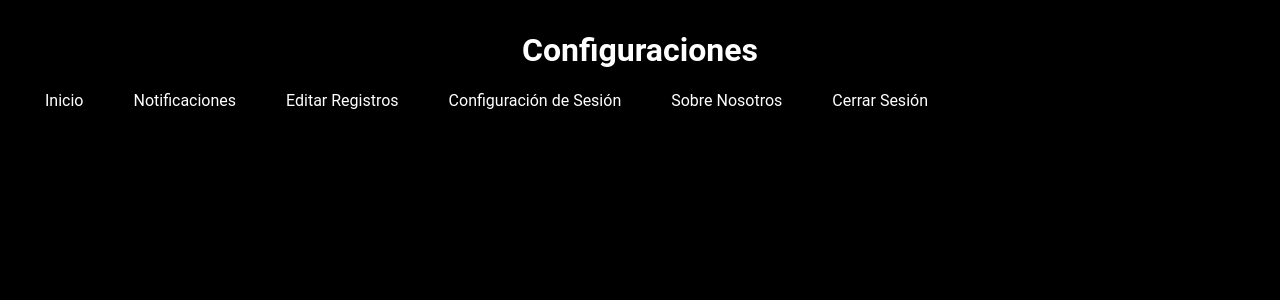
Repository: EddyWebz/updat
Page: privado/config.html
These files come from the project's save history. The page is drawn as it stood at one moment and after the next save; the edit follows.
The browser window is 1280 px wide. The pictures show the whole page.

Above is the page before, as saved 2024-09-15 16:45:23.

### privado/config.html
<!DOCTYPE html>
<html lang="es">
<head>
    <meta charset="UTF-8">
    <meta name="viewport" content="width=device-width, initial-scale=1, maximum-scale=1, user-scalable=no">
    <title>Configuraciones</title>
    <link rel="stylesheet" href="/config.css">
    <link rel="apple-touch-icon" sizes="180x180" href="/ico/apple-touch-icon.png">
    <link rel="icon" type="image/png" sizes="32x32" href="/ico/favicon-32x32.png">
    <link rel="icon" type="image/png" sizes="16x16" href="/ico/favicon-16x16.png">
    <link rel="manifest" href="/ico/site.webmanifest">
    <link rel="stylesheet" href="https://cdnjs.cloudflare.com/ajax/libs/font-awesome/6.0.0-beta3/css/all.min.css">
</head>

<body>
    <header>
        <h1>Configuraciones</h1>
    </header>

    <!-- Menú desplegable para móviles -->
    <div class="dropdown-menu">
        <button class="menu-icon">
            <i class="fas fa-bars"></i> <!-- Ícono de Font Awesome -->
        </button>
        <div class="dropdown-content">
            <a href="#" id="home-link">Inicio</a>
            <a href="#" id="notifications-link">Notificaciones</a>
            <a href="#" id="editarRegistros">Editar Registros</a>
            <a href="#" id="configSesion">Configuración de Sesión</a>
            <a href="#" id="sobreNosotros">Sobre Nosotros</a>
            <a href="#" id="logout-button">Cerrar Sesión</a>
        </div>
    </div>

    <!-- Secciones de contenido ocultas inicialmente -->
    <div id="contenido-editar" style="display: none;">
        <h2>Editar Registros</h2>
        <!-- Opciones de Fechas -->
    <select id="dateOption" name="dateOption">
    <option value="7days">Últimos 7 días</option>
    <option value="15days">Últimos 15 días</option>
    <option value="1month" selected>Último mes</option>
    <option value="2months">Últimos 2 meses</option>
    <option value="manual">Personalizado</option>
    </select>

    <!-- Campos para el rango de fechas personalizado -->
    <div id="customDate" style="display: none;">  <!-- Inicialmente oculto -->
    <label for="startDate">Fecha de inicio:</label>
    <input type="date" id="startDate" name="startDate">

    <label for="endDate">Fecha de fin:</label>
    <input type="date" id="endDate" name="endDate">
    </div>

                <section id="history">
                    <input type="text" id="searchInput" placeholder="Buscar por nombre o placa">
                    <button id="searchButton">Buscar</button>
                    <div id="searchCards" style="display: none;">
                        <div id="searchResults" ></div>
                    </div>

                </section>

    </div>

    <div id="contenido-sesion" style="display: none;">
        <h2>Configuración de Sesión</h2>
        <p>Aquí puedes configurar tu sesión.</p>
        <p>Aquí tienes dos párrafos de texto "Lorem Ipsum":

            Lorem ipsum dolor sit amet, consectetur adipiscing elit. Praesent tincidunt sapien eget augue dictum, in cursus neque consectetur. Nulla facilisi. Integer ac augue ut velit convallis facilisis non a magna. Nulla malesuada augue sit amet magna fermentum, sed vulputate sapien finibus. Ut viverra orci at orci vulputate, a condimentum metus facilisis. Proin non faucibus augue. Duis maximus, sapien ac efficitur rhoncus, libero lacus convallis augue, vel dapibus ligula dolor nec mauris. Vestibulum tempor libero at turpis consequat vehicula. Sed luctus metus sit amet mauris malesuada, ac pharetra velit tincidunt. Ut feugiat magna eu libero dapibus tincidunt.

            Sed suscipit urna a erat scelerisque suscipit. Etiam ac nibh ac tortor mollis sollicitudin. Vivamus pellentesque velit non suscipit hendrerit. Phasellus feugiat elit eu purus suscipit, et ultricies nunc tempor. Nulla facilisi. Ut auctor sapien at magna vestibulum tincidunt. Vestibulum scelerisque justo at dui aliquam, id viverra odio mollis. Integer dignissim libero non risus tincidunt, vel feugiat magna fringilla. Nunc vitae neque nec nisi porttitor fringilla ac id velit. Nam a urna vel tortor lobortis bibendum vel sed nisi. Curabitur a orci non ante fermentum scelerisque ac nec arcu. Proin in tellus nec enim maximus suscipit eget nec turpis.</p>
    </div>

    <div id="contenido-nosotros" style="display: none;">
        <h2>Acerca de Nosotros</h2>
        <p>Información sobre nosotros.</p>
<p>Aquí tienes dos párrafos de texto "Lorem Ipsum":

    Lorem ipsum dolor sit amet, consectetur adipiscing elit. Praesent tincidunt sapien eget augue dictum, in cursus neque consectetur. Nulla facilisi. Integer ac augue ut velit convallis facilisis non a magna. Nulla malesuada augue sit amet magna fermentum, sed vulputate sapien finibus. Ut viverra orci at orci vulputate, a condimentum metus facilisis. Proin non faucibus augue. Duis maximus, sapien ac efficitur rhoncus, libero lacus convallis augue, vel dapibus ligula dolor nec mauris. Vestibulum tempor libero at turpis consequat vehicula. Sed luctus metus sit amet mauris malesuada, ac pharetra velit tincidunt. Ut feugiat magna eu libero dapibus tincidunt.

    Sed suscipit urna a erat scelerisque suscipit. Etiam ac nibh ac tortor mollis sollicitudin. Vivamus pellentesque velit non suscipit hendrerit. Phasellus feugiat elit eu purus suscipit, et ultricies nunc tempor. Nulla facilisi. Ut auctor sapien at magna vestibulum tincidunt. Vestibulum scelerisque justo at dui aliquam, id viverra odio mollis. Integer dignissim libero non risus tincidunt, vel feugiat magna fringilla. Nunc vitae neque nec nisi porttitor fringilla ac id velit. Nam a urna vel tortor lobortis bibendum vel sed nisi. Curabitur a orci non ante fermentum scelerisque ac nec arcu. Proin in tellus nec enim maximus suscipit eget nec turpis.</p>
    <p>Aquí tienes dos párrafos de texto "Lorem Ipsum":

        Lorem ipsum dolor sit amet, consectetur adipiscing elit. Praesent tincidunt sapien eget augue dictum, in cursus neque consectetur. Nulla facilisi. Integer ac augue ut velit convallis facilisis non a magna. Nulla malesuada augue sit amet magna fermentum, sed vulputate sapien finibus. Ut viverra orci at orci vulputate, a condimentum metus facilisis. Proin non faucibus augue. Duis maximus, sapien ac efficitur rhoncus, libero lacus convallis augue, vel dapibus ligula dolor nec mauris. Vestibulum tempor libero at turpis consequat vehicula. Sed luctus metus sit amet mauris malesuada, ac pharetra velit tincidunt. Ut feugiat magna eu libero dapibus tincidunt.

        Sed suscipit urna a erat scelerisque suscipit. Etiam ac nibh ac tortor mollis sollicitudin. Vivamus pellentesque velit non suscipit hendrerit. Phasellus feugiat elit eu purus suscipit, et ultricies nunc tempor. Nulla facilisi. Ut auctor sapien at magna vestibulum tincidunt. Vestibulum scelerisque justo at dui aliquam, id viverra odio mollis. Integer dignissim libero non risus tincidunt, vel feugiat magna fringilla. Nunc vitae neque nec nisi porttitor fringilla ac id velit. Nam a urna vel tortor lobortis bibendum vel sed nisi. Curabitur a orci non ante fermentum scelerisque ac nec arcu. Proin in tellus nec enim maximus suscipit eget nec turpis.</p>
        <p>Aquí tienes dos párrafos de texto "Lorem Ipsum":

            Lorem ipsum dolor sit amet, consectetur adipiscing elit. Praesent tincidunt sapien eget augue dictum, in cursus neque consectetur. Nulla facilisi. Integer ac augue ut velit convallis facilisis non a magna. Nulla malesuada augue sit amet magna fermentum, sed vulputate sapien finibus. Ut viverra orci at orci vulputate, a condimentum metus facilisis. Proin non faucibus augue. Duis maximus, sapien ac efficitur rhoncus, libero lacus convallis augue, vel dapibus ligula dolor nec mauris. Vestibulum tempor libero at turpis consequat vehicula. Sed luctus metus sit amet mauris malesuada, ac pharetra velit tincidunt. Ut feugiat magna eu libero dapibus tincidunt.

            Sed suscipit urna a erat scelerisque suscipit. Etiam ac nibh ac tortor mollis sollicitudin. Vivamus pellentesque velit non suscipit hendrerit. Phasellus feugiat elit eu purus suscipit, et ultricies nunc tempor. Nulla facilisi. Ut auctor sapien at magna vestibulum tincidunt. Vestibulum scelerisque justo at dui aliquam, id viverra odio mollis. Integer dignissim libero non risus tincidunt, vel feugiat magna fringilla. Nunc vitae neque nec nisi porttitor fringilla ac id velit. Nam a urna vel tortor lobortis bibendum vel sed nisi. Curabitur a orci non ante fermentum scelerisque ac nec arcu. Proin in tellus nec enim maximus suscipit eget nec turpis.</p>
            <p>Aquí tienes dos párrafos de texto "Lorem Ipsum":

                Lorem ipsum dolor sit amet, consectetur adipiscing elit. Praesent tincidunt sapien eget augue dictum, in cursus neque consectetur. Nulla facilisi. Integer ac augue ut velit convallis facilisis non a magna. Nulla malesuada augue sit amet magna fermentum, sed vulputate sapien finibus. Ut viverra orci at orci vulputate, a condimentum metus facilisis. Proin non faucibus augue. Duis maximus, sapien ac efficitur rhoncus, libero lacus convallis augue, vel dapibus ligula dolor nec mauris. Vestibulum tempor libero at turpis consequat vehicula. Sed luctus metus sit amet mauris malesuada, ac pharetra velit tincidunt. Ut feugiat magna eu libero dapibus tincidunt.

                Sed suscipit urna a erat scelerisque suscipit. Etiam ac nibh ac tortor mollis sollicitudin. Vivamus pellentesque velit non suscipit hendrerit. Phasellus feugiat elit eu purus suscipit, et ultricies nunc tempor. Nulla facilisi. Ut auctor sapien at magna vestibulum tincidunt. Vestibulum scelerisque justo at dui aliquam, id viverra odio mollis. Integer dignissim libero non risus tincidunt, vel feugiat magna fringilla. Nunc vitae neque nec nisi porttitor fringilla ac id velit. Nam a urna vel tortor lobortis bibendum vel sed nisi. Curabitur a orci non ante fermentum scelerisque ac nec arcu. Proin in tellus nec enim maximus suscipit eget nec turpis.</p>
    </div>

    <!-- Scripts -->
    <script src="/config.js"></script>
</body>
</html>

### BASE-2/config.css
/* Estilos Generales */
body {
    background-color: #000000;
    color: #e0e0e0;
    font-family: 'Roboto', sans-serif;
    margin: 0;
    padding: 0;
    overflow-x: hidden; /* Evitar el desplazamiento horizontal */
    display: flex;
    flex-direction: column;
    min-height: 100vh; /* Asegurar que el cuerpo tenga al menos el tamaño completo de la ventana */
}
/* Asegurar que el pie de página esté siempre en la parte inferior */
html, body {
    height: 100%;
    margin: 0;
    padding: 0;
    display: flex;
    flex-direction: column;
}

/* Contenedor Principal que crecerá para ocupar el espacio restante */
main {
    flex-grow: 1;
    padding: 20px;
    overflow-y: auto; /* Permitir que el contenido principal sea desplazable si es necesario */
    background-color: #1b1b1b;
}




header {
    background-color: #000000;
    color: #ffffff;
    padding: 10px ; /* Ajustamos el padding para reducir el espacio */
    text-align: center;


}

/* Menú desplegable para móviles */
.dropdown-menu {
    position: relative;
    z-index: 900;
    margin-top: -80px; /* Mover hacia arriba */
    margin-left: 20px; /* Añadir espacio a la izquierda */
    margin-bottom: 30px;
}

.menu-icon {
    background-color: #1b1b1b;
    color: #b0b0b0;
    border: 2px solid #ff8c00;
    padding: 10px;
    border-radius: 5px;
    cursor: pointer;
    font-size: 18px;
    transition: background-color 0.3s ease-in-out, transform 0.3s ease-in-out;
    box-shadow: 0 4px 8px rgba(0, 0, 0, 0.5);
}

.menu-icon:hover {
    background-color: #2a2a2a;
    transform: scale(1.1);
}

.menu-icon.open {
    transform: rotate(90deg);
}

.dropdown-content {
    position: absolute;
    left: 0;
    top: 100%;
    background-color: rgba(27, 27, 27, 0.95);
    min-width: 160px;
    box-shadow: 0px 8px 16px 0px rgba(0, 0, 0, 0.2);
    border-radius: 5px;
    z-index: 900;
    opacity: 0;
    transform: translateY(-10px);
    transition: opacity 0.4s ease, transform 0.4s ease;
    visibility: hidden;
    pointer-events: none;
}

.dropdown-content.show {
    opacity: 1;
    transform: translateY(0);
    visibility: visible;
    pointer-events: auto;
}

.dropdown-content a {
    color: #b0b0b0;
    padding: 12px 16px;
    text-decoration: none;
    display: block;
    transition: background-color 0.3s;
    border-bottom: 1px solid #2a2a2a;
}

.dropdown-content a:hover {
    background-color: #2a2a2a;
}

/* Para pantallas grandes: menú horizontal */
@media screen and (min-width: 972px) {
    /* Ocultar el ícono del menú desplegable en pantallas grandes */
    .menu-icon {
        display: none;
    }

    .dropdown-menu {
        display: flex;
        justify-content: flex-start; /* Alineamos el menú hacia la izquierda */
        background-color: #1b1b1b;
        margin-top: 30px; /* Mover hacia arriba */
        padding-left: 10px; /* Ajustamos el padding para que no quede pegado a la izquierda */
        margin-left: 10px; /* Añadir espacio a la izquierda */
        margin-right: 10px;
    }

    .dropdown-content {
        position: relative;
        display: flex;
        justify-content: flex-start; /* Comienza desde la izquierda */
        background-color: transparent;
        visibility: visible;
        opacity: 1;
        transform: none;
        pointer-events: auto;
        box-shadow: none;
    }

    .dropdown-content a {
        color: #ffffff;
        padding: 10px 15px;
        margin: 0 10px;
        border: none;
        display: inline-block;
        background-color: transparent;
        margin-top: -50px; /* Sube los botones 5px */
    }

    .dropdown-content a:hover {
        background-color: #ff8c00;
        color: #000000;
    }
}

/* Secciones de contenido que se mostrarán al hacer clic */
#contenido-editar, #contenido-sesion, #contenido-nosotros {
    margin-top: 0px;
    padding: 20px;
    background-color: #1b1b1b;
    color: #e0e0e0;
    display: none; /* Ocultar las secciones inicialmente */
    flex-grow: 1;
    overflow-y: auto; /* Habilitar scroll dentro de las secciones si es necesario */
    max-height: calc(100vh - 100px); /* Limitar la altura de las secciones, ajustando según el tamaño de la pantalla */
    transition: all 0.4s ease;


}

#contenido-editar, #contenido-sesion, #contenido-nosotros h2{
    margin-top: 0px;
    padding-top: 0px;
}


#contenido-editar {
    background-color: #121212; /* Un color ligeramente más claro para resaltar la sección */
    border-radius: 10px; /* Añadir bordes redondeados */
    padding: 20px;
    box-shadow: 0 4px 10px rgba(0, 0, 0, 0.5); /* Sombra para destacar */
}

#contenido-editar h2 {
    margin-top: 0; /* Mantener el margen y padding */
    padding-top: 0;
    font-size: 1.8rem; /* Aumentar un poco el tamaño del texto */
    color: #ff8c00; /* Cambiar color para destacar el título */
}

/* Estilo del select de fechas */
#dateOption {
    background-color: #1b1b1b;
    color: #b0b0b0;
    border: 1px solid #ff8c00;
    padding: 10px;
    border-radius: 6px;
    width: 40%;
    box-shadow: 0 4px 8px rgba(0, 0, 0, 0.2);
    transition: background-color 0.3s ease, border-color 0.3s ease;
    margin-bottom: 10px;
}

#dateOption:hover {
    background-color: #2a2a2a;
    border-color: #ff8c00;
}


/* Ajustes para los campos personalizados */
#customDate {
    display: block;
    margin-top: 10px;
    margin-bottom: 10px;
    width: 60%; /* El ancho general del contenedor */
}

#customDate input {
    display: block;
    background-color: #1b1b1b;
    color: #b0b0b0;
    border: 1px solid #ff8c00;
    padding: 8px;
    border-radius: 6px;
    width: 100%; /* Los inputs ocupan todo el ancho del contenedor */
    margin-bottom: 10px;
    transition: background-color 0.3s ease, border-color 0.3s ease;
}




/* Boton principal historial apertura / { campo fecha }*/
@media only screen and (max-width: 768px) {

/* estylos de la seccion fecha */

    #customDate {
        width: 80%; /* En móviles, que ocupe casi todo el ancho */
        flex-direction: column; /* Colocar los campos en columnas */
        justify-content: center; /* Alinear los elementos en el centro */
        gap: 10px;
    }

    #customDate input {
        width: 90%; /* En móviles, los campos deben ocupar todo el ancho del contenedor */
    }
}

/* Estilos para la búsqueda */
#searchInput {
    width: calc(100% - 120px);
    padding: 10px;
    margin-bottom: 10px;
    border: 1px solid #2a2a2a;
    border-radius: 4px;
    background-color: #121212;
    color: #b0b0b0;
    transition: border-color 0.3s, box-shadow 0.3s, background-color 0.3s;
}

#searchInput:hover {
    background-color: #1f1f1f; /* Oscurecer ligeramente el fondo */
    border-color: #ff8c00;
}

#searchButton {
    width: 100px;
    padding: 10px;
    margin-left: 10px;
    background-color: #ff8c00;
    color: #ffffff;
    border: none;
    border-radius: 6px;
    cursor: pointer;
    box-shadow: 0 4px 8px rgba(0, 0, 0, 0.2);
    transition: background-color 0.3s, box-shadow 0.3s;
}

#searchButton:hover {
    background-color: #d2691e;
    box-shadow: 0 6px 12px rgba(0, 0, 0, 0.3);
}

#searchResults h3 {
    color: #ff8c00;
}

#searchCards .history-card {
    margin-bottom: 10px;
}

/* Estilos para el contenedor de tarjetas de búsqueda */
#searchResults {
    display: grid;
    grid-template-columns: repeat(auto-fit, minmax(300px, 1fr)); /* Ajusta el número de columnas automáticamente */
    grid-gap: 20px; /* Espaciado entre tarjetas */
    margin-top: 20px;
    padding: 20px; /* Añadir padding dentro del contenedor */
    margin-bottom: 20px; /* Espaciado inferior para no cortar la última tarjeta */
}

/* Estilos de las tarjetas individuales de búsqueda */
.search-card {
    background-color: #1b1b1b;
    border: 1px solid #2a2a2a;
    padding: 15px;
    border-radius: 6px;
    box-shadow: 0 4px 8px rgba(0, 0, 0, 0.3);
    transition: box-shadow 0.3s ease-in-out, transform 0.3s ease-in-out;
    flex-direction: column; /* Asegura que el contenido interno esté bien alineado */
}

/* Efecto hover para las tarjetas de búsqueda */
.search-card:hover {
    background-color: #2a2a2a; /* Cambiar el color de fondo al hacer hover */
    box-shadow: 0 8px 16px rgba(0, 0, 0, 0.6); /* Aumentar la sombra */
    transform: translateY(-5px); /* Mover ligeramente hacia arriba */
    transition: background-color 0.3s ease, box-shadow 0.3s ease, transform 0.3s ease;
}

.search-card div {
    margin-bottom: 5px;
}

/* Estilos para las imágenes dentro de las tarjetas de búsqueda */
.search-card img {
    width: 60px;
    height: 60px;
    cursor: pointer;
    margin-right: 10px;
    border: 1px solid #2a2a2a;
    border-radius: 4px;
    transition: transform 0.3s;
}

.search-card img:hover {
    transform: scale(1.1);
}


/* Responsividad para pantallas pequeñas */
@media (max-width: 680px) {
    header {
        padding: 20px 0;
    }

    main {
        margin: 10px;
        padding: 15px;
    }

    form input, form select, form textarea, form button {
        font-size: 14px;
        padding: 10px;
    }
}

@media (max-width: 680px) {
    header {
        padding: 15px 0;
    }

    main {
        margin: 5px;
        padding: 10px;
    }

    form input, form select, form textarea, form button {
        font-size: 12px;
        padding: 8px;
    }
}

/* Ajustes para pantallas grandes */
@media (min-width: 1024px) {
    #searchResults {
        grid-template-columns: repeat(3, 1fr); /* Muestra 3 tarjetas en pantallas grandes */
    }
}

/* Ajustes para pantallas medianas */
@media (min-width: 680px) and (max-width: 1024px) {
    #searchResults {
        grid-template-columns: repeat(2, 1fr); /* Muestra 2 tarjetas en pantallas medianas */
    }
}

/* Ajustes para pantallas pequeñas */
@media (max-width: 680px) {
    #searchResults {
        grid-template-columns: repeat(1, 1fr); /* Muestra 1 tarjeta en pantallas pequeñas */
    }
}

Loaded but not shown: BASE-2/config.js (230 lines, source omitted)

After the next save:
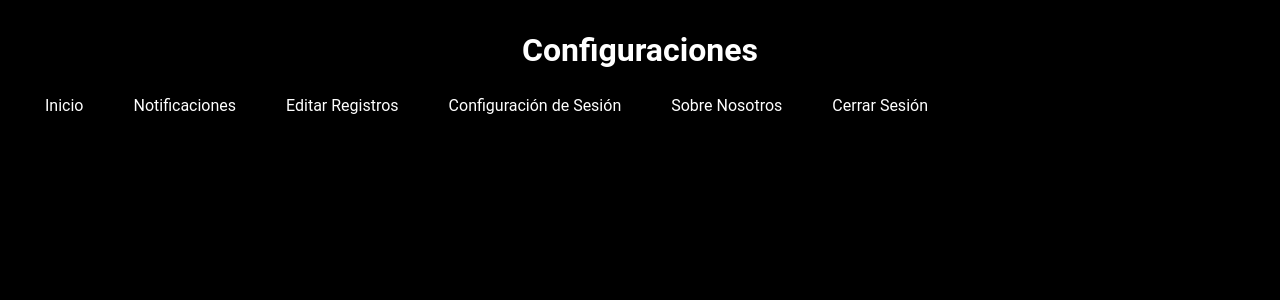
Saved 20 s later.
--- a/BASE-2/config.css
+++ b/BASE-2/config.css
@@ -141,7 +141,7 @@ header {
         border: none;
         display: inline-block;
         background-color: transparent;
-        margin-top: -50px; /* Sube los botones 5px */
+        margin-top: -45px; /* Sube los botones 5px */
     }
 
     .dropdown-content a:hover {
